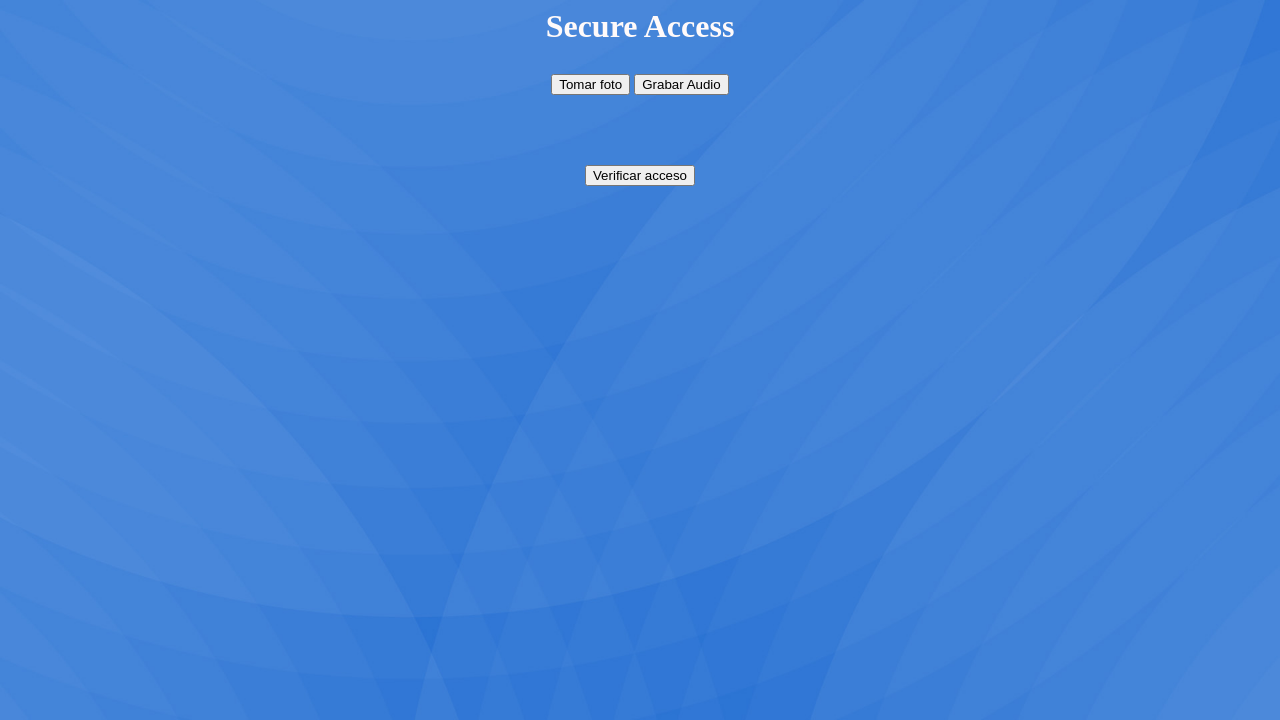
Repository: dabarreiroh/SECURE-ACCESS
Page: accessecure/templates/home/index.html
The author's editor kept a copy of each file at every save. The page is drawn from the files as they stood at one save, then again after the next save.
The browser window is 1280 px wide. The pictures show the whole page.

Above is the page before, as saved 2020-03-16 23:04:52.

After the next save:
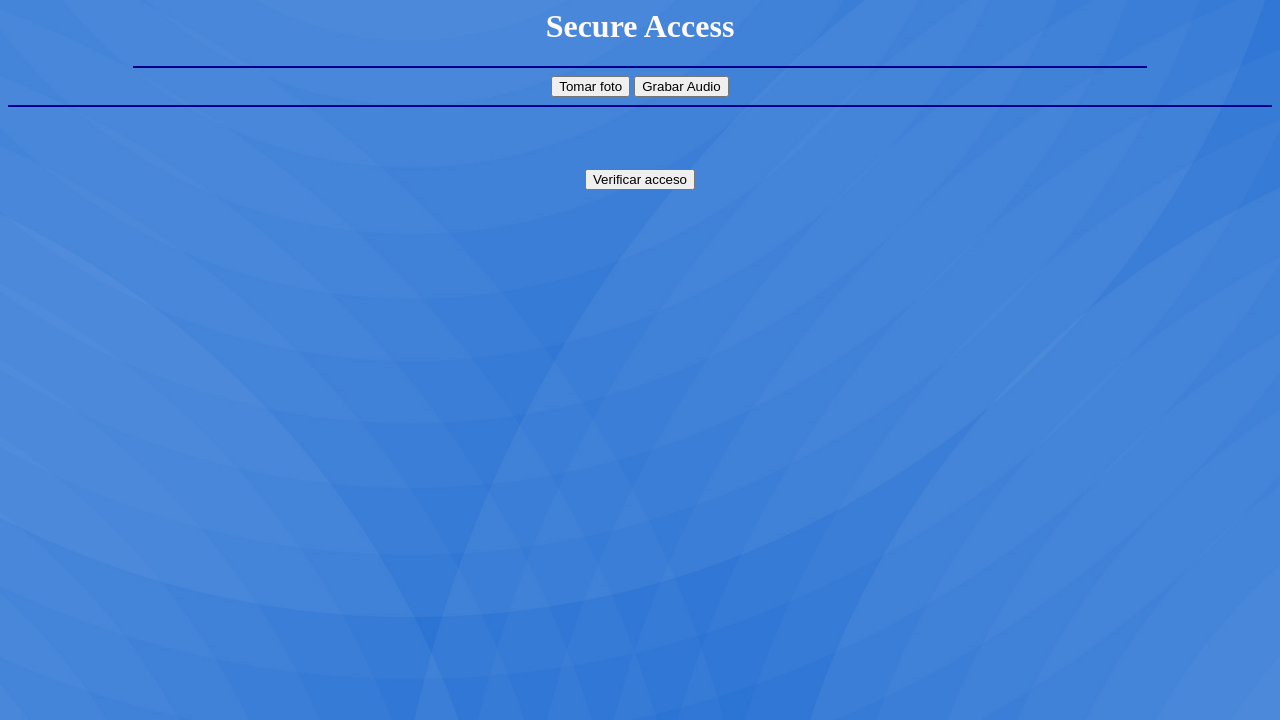
Saved 35 s later.
--- a/accessecure/static/admin/css/index/index.css
+++ b/accessecure/static/admin/css/index/index.css
@@ -12,5 +12,5 @@ h1{
 }
 
 hr{
-    border: darkblue;
+    border: 1px solid darkblue;
 }
